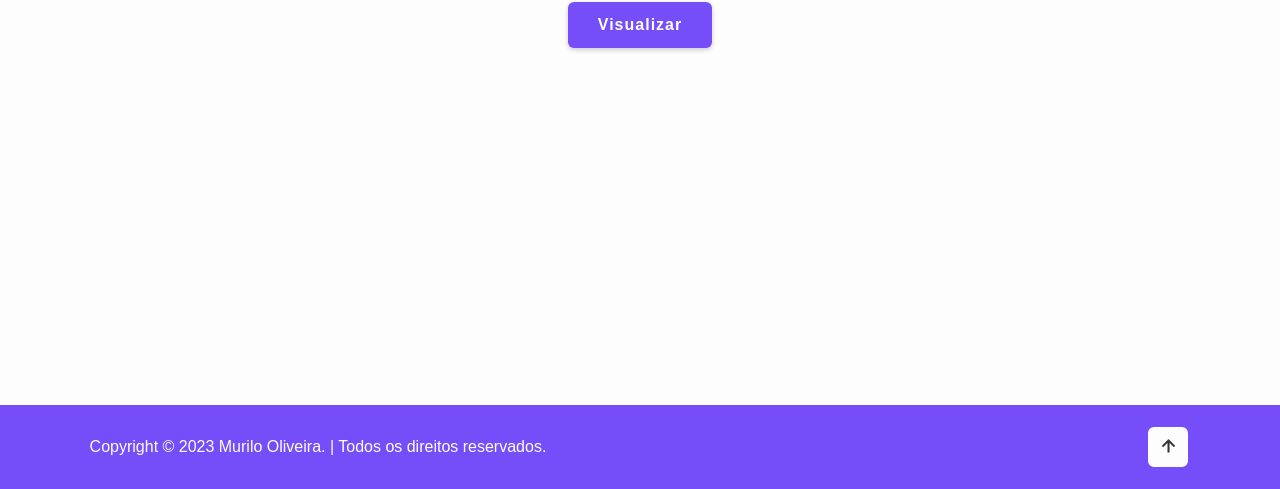
Repository: devMuriloOliveira/Portfolio-
Page: projetos/projeto-1.html
These files come from the project's save history. The page is drawn as it stood at one moment and after the next save; the edit follows.
The browser window is 1280 px wide. The pictures show the part of the page from y = 515 to 1004 px (the page is 1004 px tall).
Some web fonts or font styles are not loaded; a fallback is used.

Above is the page before, as saved 2023-03-16 15:55:02.

After the next save:
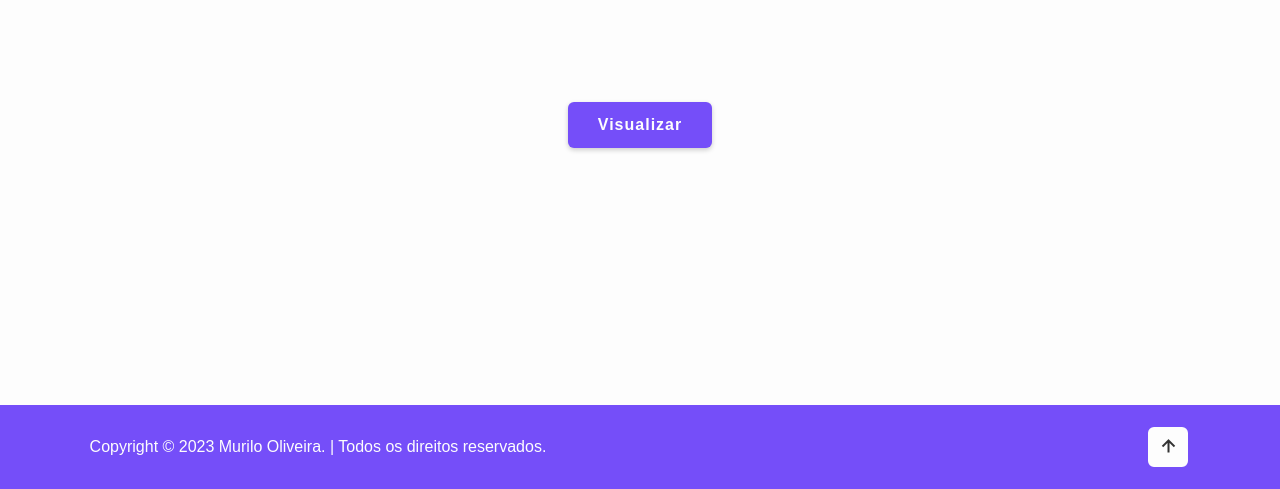
Saved 11 s later.
--- a/projetos/projeto-1.css
+++ b/projetos/projeto-1.css
@@ -145,6 +145,7 @@ section{
 }
 
 .botao{
+  margin-top: 10rem;
   text-align: center;
 }
 
